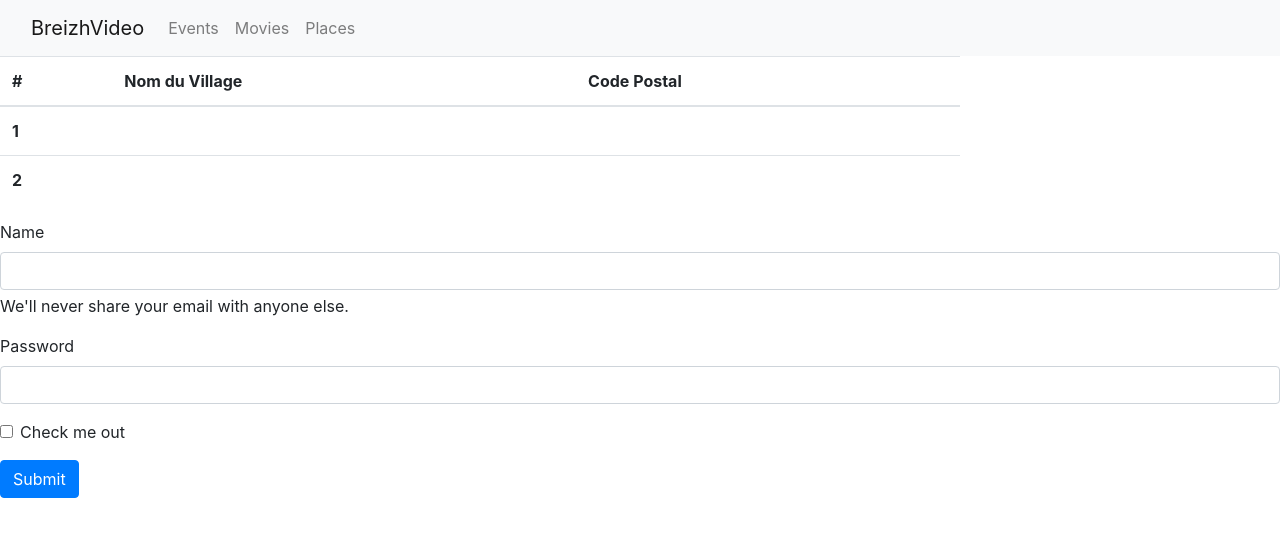
Repository: romgrm/Hackaton_BreizhVideo_FRONT
Page: /Places
An editor plug-in stored every save of this project. The page is shown before and after the next save, followed by the edit.
The browser window is 1280 px wide. The pictures show the whole page.
The page's requests for data from a server got no answer. Some web libraries are served in a nearby version. The project was rebuilt for these pictures with package versions that can differ from the ones it lists, and the page was loaded fresh each time. No one was signed in, and anything a server would have sent is missing. Also part of the build but not shown: src/Components/Films.js, src/Components/Events.js, src/Components/Home.js.

Above is the page before, as saved 2020-12-22 15:22:31.

### public/index.html
<!DOCTYPE html>
<html lang="en">
  <head>
    <meta charset="utf-8" />
    <link rel="icon" href="%PUBLIC_URL%/favicon.ico" />
    <meta name="viewport" content="width=device-width, initial-scale=1" />
    <meta name="theme-color" content="#000000" />
    <meta
      name="description"
      content="Web site created using create-react-app"
    />
    <link rel="apple-touch-icon" href="%PUBLIC_URL%/logo192.png" />

    <link rel="manifest" href="%PUBLIC_URL%/manifest.json" />

    <title>React App</title>
  </head>
  <body>
    <noscript>You need to enable JavaScript to run this app.</noscript>
    <div id="root"></div>
    <script src="https://kit.fontawesome.com/f66925acc9.js" crossorigin="anonymous"></script>
  </body>
</html>

### src/index.js
import React from 'react';
import ReactDOM from 'react-dom';
import App from './App';
import {BrowserRouter} from 'react-router-dom'


ReactDOM.render(
  <BrowserRouter>
    <App />
  </BrowserRouter>,
  document.getElementById('root')
);

### src/App.js
import bootstrap from '../node_modules/bootstrap/dist/css/bootstrap.min.css'
import Header from './Components/Header'
import {Switch, Route} from 'react-router-dom'
import Films from './Components/Films'
import Events from './Components/Events';
import Village from './Components/Village';
import Home from './Components/Home';


function App() {
  return (
    <>
    <Header />
    <Switch>
      <Route path="/Events" component={Events} />
      <Route path="/Movies" component={Films} />
      <Route path="/Places" component={Village} />
      <Route path="/" component={Home}/>
    </Switch>
    </>
  );
}

export default App;

### src/Components/Header.js
import React from 'react'
import {Link} from 'react-router-dom'

export default function Header() {
    return (
        <nav className="navbar navbar-expand-lg navbar-light bg-light">
  <div className="container-fluid">
    <Link className="navbar-brand" to="/">BreizhVideo</Link>
    <button className="navbar-toggler" type="button" data-bs-toggle="collapse" data-bs-target="#navbarNav" aria-controls="navbarNav" aria-expanded="false" aria-label="Toggle navigation">
      <span className="navbar-toggler-icon"></span>
    </button>
    <div className="collapse navbar-collapse" id="navbarNav">
      <ul className="navbar-nav">
        <li className="nav-item">
          <Link className="nav-link" to="/Events">Events</Link>
        </li>
        <li className="nav-item">
          <Link className="nav-link" to="/Movies">Movies</Link>
        </li>
        <li className="nav-item">
          <Link className="nav-link" to="/Places">Places</Link>
        </li>
      </ul>
    </div>
  </div>
</nav>
    )
}

### src/Components/Village.js
import React, { useState, useEffect } from 'react'
import axios from 'axios'

export default function Village() {

    const initialState = {
        id: 3,
        name: "",
        postCode: "",
    }

    const [village, setVillage] = useState([]);
    const [create, setCreate] = useState(initialState);


    const handleInputChange = event => {
        const { name, value } = event.target;
        setCreate({ ...create, [name]: value });
        console.log(create)
    };

    const AddItem = () => {
        var data = {
            id: create.id,
            name: create.name,
            postCode: create.postCode
        };
    }

        // POST _ Créer un village

        // useEffect(() => {
        //     async function postData() {

        //         const villageData = { id: 2, name: 'Nantes', postCode: '44000' };
        //         const postVillage = await axios.post('http://localhost:8080/Village', village)
        //             .then(response => setVillage(response.data));
        //     }

        //     postData();
        // }, []);

        useEffect(() => {

                axios.post('http://localhost:8080/Village', create)
                    .then(response => setCreate({
                        id: response.data.id,
                        name: response.data.name,
                        postCode: response.data.postCode
                    }));
        }, []);


        // GET _ Récupérer les villages
        // useEffect(() => {

        //     async function fetchData() {

        //         const url1 = await axios('http://localhost:8080/Village');
        //         setVillage(url1.data)
        //         console.log(village)
        //     }

        //     fetchData();
        // }, []);

        // // DELETE _ Supprimer village
        // const handleDelete = (event) => {
        //     event.preventDefault()
        //     axios.delete(`http://localhost:8080/Village/${id}`)
        //     console.log(village)
        // };


        return (
            <div>
                <div>
                    {village.map((current, id) => {

                        return current.id === 1 ?
                            <h1>{current.name}</h1>
                            : null

                    })}
                </div>
                <table className="table w-75">
                    <thead>
                        <tr>
                            <th scope="col">#</th>
                            <th scope="col">Nom du Village</th>
                            <th scope="col">Code Postal</th>
                        </tr>
                    </thead>
                    <tbody>
                        <tr>
                            <th scope="row">1</th>
                            <td>
                                {village.map((current, id) => {

                                    return current.id === 1 ?
                                        <>{current.name}</>
                                        : null

                                })}
                            </td>
                            <td>
                                {village.map((current, id) => {

                                    return current.id === 1 ?
                                        <>{current.postCode}</>
                                        : null

                                })}
                            </td>
                            {/* < i onClick={(event) => handleDelete(current.id, event)} style={{ cursor: 'pointer', color: '#18A2B8' }} className="fas fa-trash fa-lg ml-5"></i> */}
                        </tr>
                        <tr>
                            <th scope="row">2</th>
                            <td>
                                {village.map((current, id) => {

                                    return current.id === 2 ?
                                        <>{current.name}</>
                                        : null

                                })}
                            </td>
                            <td>
                                {village.map((current, id) => {

                                    return current.id === 2 ?
                                        <>{current.postCode}</>
                                        : null

                                })}
                            </td>
                        </tr>
                    </tbody>
                </table>
                <form>
                    <div className="mb-3">
                        <label for="exampleInputEmail1" className="form-label">Name</label>
                        <input type="text" className="form-control" id="name" aria-describedby="emailHelp" value={create.name} onChange={handleInputChange} name="name"  />
                        <div id="emailHelp" className="form-text">We'll never share your email with anyone else.</div>
                    </div>
                    <div className="mb-3">
                        <label for="exampleInputPassword1" className="form-label">Password</label>
                        <input type="password" className="form-control" id="exampleInputPassword1" />
                    </div>
                    <div className="mb-3 form-check">
                        <input type="checkbox" className="form-check-input" id="exampleCheck1" />
                        <label className="form-check-label" for="exampleCheck1">Check me out</label>
                    </div>
                    <button type="submit" className="btn btn-primary" onClick={AddItem}>Submit</button>
                </form>
            </div >
        )
}

After the next save:
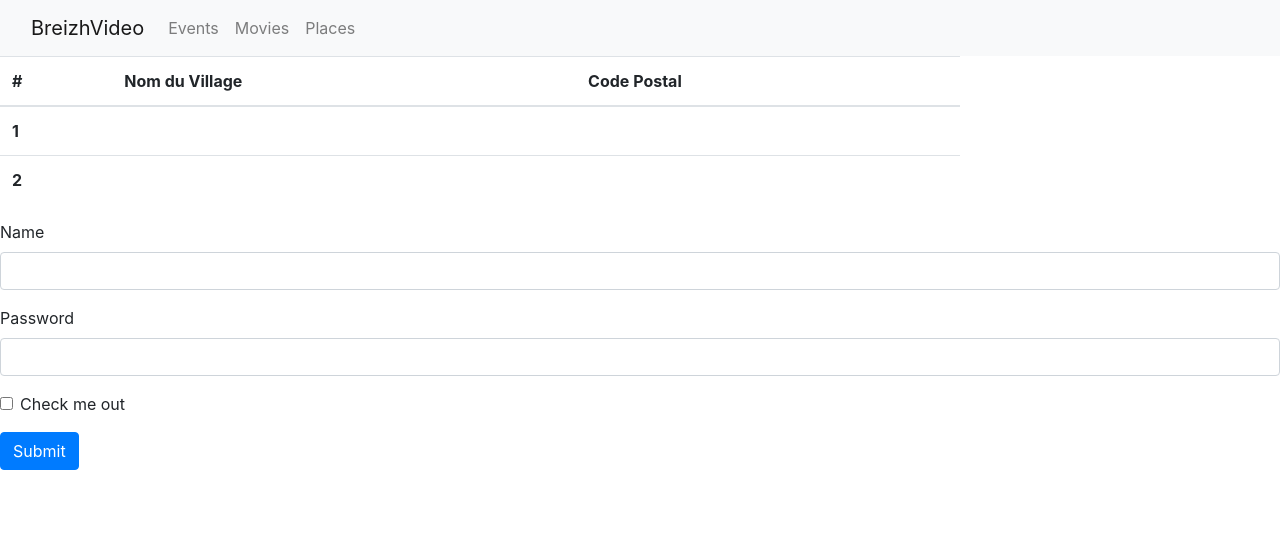
Saved 32 s later.
--- a/src/Components/Village.js
+++ b/src/Components/Village.js
@@ -141,7 +141,6 @@ export default function Village() {
                     <div className="mb-3">
                         <label for="exampleInputEmail1" className="form-label">Name</label>
                         <input type="text" className="form-control" id="name" aria-describedby="emailHelp" value={create.name} onChange={handleInputChange} name="name"  />
-                        <div id="emailHelp" className="form-text">We'll never share your email with anyone else.</div>
                     </div>
                     <div className="mb-3">
                         <label for="exampleInputPassword1" className="form-label">Password</label>
